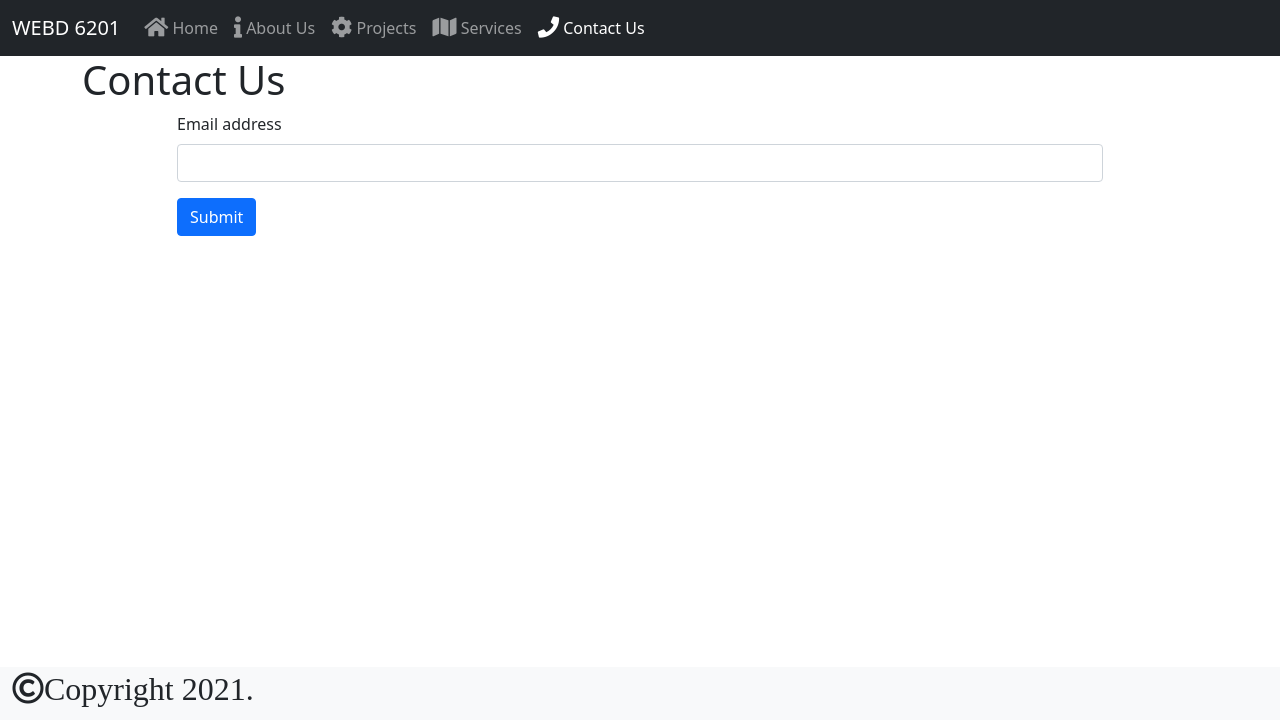
Repository: vans12345678/WEBD6201-W2021-Week3
Page: contact.html
The author's editor kept a copy of each file at every save. The page is drawn from the files as they stood at one save, then again after the next save.
The browser window is 1280 px wide. The pictures show the whole page.

Above is the page before, as saved 2021-01-21 09:22:02.

### contact.html
<!DOCTYPE html>
<html lang="en">
<head>
    <meta charset="UTF-8">
    <meta name="viewport" content="width=device-width, initial-scale=1.0">
    <title>Contact Us</title>

    <!-- CSS Section -->
    <link rel="stylesheet" href="./node_modules/bootstrap/dist/css/bootstrap.min.css">
    <link rel="stylesheet" href="./node_modules/@fortawesome/fontawesome-free/css/all.min.css">
    <link rel="stylesheet" href="./Content/app.css">
</head>
<body>
  <!-- Main Header -->
    <header>
      <!-- Main Navigation -->
        <nav class="navbar navbar-expand-lg navbar-dark bg-dark">
            <div class="container-fluid">
              <a class="navbar-brand" href="index.html">WEBD 6201</a>
              <button class="navbar-toggler" type="button" data-bs-toggle="collapse" data-bs-target="#navbarSupportedContent" aria-controls="navbarSupportedContent" aria-expanded="false" aria-label="Toggle navigation">
                <span class="navbar-toggler-icon"></span>
              </button>
              <div class="collapse navbar-collapse" id="navbarSupportedContent">
                <ul class="navbar-nav me-auto mb-2 mb-lg-0">
                  <li class="nav-item">
                    <a class="nav-link " aria-current="page" href="index.html"><i class="fas fa-home fa-lg"></i> Home</a>
                  </li>

                  <li class="nav-item">
                    <a class="nav-link" aria-current="page" href="about.html"><i class="fas fa-info fa-lg"></i> About Us</a>
                  </li>

                  <li class="nav-item">
                    <a class="nav-link" aria-current="page" href="projects.html"><i class="fas fa-cog fa-lg"></i> Projects</a>
                  </li>

                  <li class="nav-item">
                    <a class="nav-link" aria-current="page" href="services.html"><i class="fas fa-map fa-lg"></i> Services</a>
                  </li>

                  <li class="nav-item">
                    <a class="nav-link active" aria-current="page" href="contact.html"><i class="fas fa-phone fa-lg"></i> Contact Us</a>
                  </li>
                </ul>
              </div>
            </div>
          </nav>
    </header>
  <!-- Main Contents -->
    <main class="container">
        <h1>Contact Us</h1>

        <div class = "row justify-content-lg-center">
          <form class = "col-col-lg-6 col-md-10 col-sm-10">
          <div class="mb-3">
            <label for="exampleInputEmail1" class="form-label">Email address</label>
            <input type="email" class="form-control" id="exampleInputEmail1" aria-describedby="emailHelp">
            <div id="emailHelp" class="form-text"></div>
          </div>
          <button type="submit" class="btn btn-primary">Submit</button>
        </form>
        </div>


    </main>
    <!-- Main Footer -->
    <footer>
        <nav class="navbar fixed-bottom navbar-light bg-light">
            <div class="container-fluid">
                <h4><i class="far fa-copyright fa-lg">Copyright 2021.</i></h4>
            </div>
          </nav>
    </footer>
    <!-- Script Section -->
    <script src="./node_modules/jquery/dist/jquery.min.js"></script>
    <script src="./node_modules/bootstrap/dist/js/bootstrap.bundle.min.js"></script>
    <script src="./Scripts/app.js"></script>
</body>
</html>

### Scripts/app.js
/* Custom JavaScript goes here */

//IIFE - Immediately Invoked Function Expression
//AKA - Anonymous Self-Executing Function
//Closure - limits scope leak

"use strict";

(function(){

    function displayHome()
    {

        let paragraphOneText = "This is a simple site to demonstrate DOM Manipulation for ICE 1";
        let paragraphOneElement = document.getElementById("paragraphOne");

        paragraphOneElement.textContent = paragraphOneText;
        //paragraphOneElement.style = "color: blue; font-weight: bold;";
        paragraphOneElement.className = "fs-5 fw-bold text-center";

        //Step 1. document.createElement
        let newParagraph = document.createElement("p");
        //Step 2. Configure the element
        newParagraph.setAttribute("id", "paragraphTwo");
        newParagraph.textContent = "... And this is paragraph two";
        //Step 3. Select parent element
        let mainContent = document.getElementsByTagName("main")[0];
        //Step 4. Add / Insert the element
        mainContent.appendChild(newParagraph);

        newParagraph.className = "fs-6";

        //Another way of injecting content`
        let paragraphDiv = document.createElement('div');
        let paragraphThree =  `<p id = "paragraphThree" class = "fs-7 fw-bold">...And this is the Third paragraph</p>`;
        paragraphDiv.innerHTML = paragraphThree;
        // mainContent.innerHTML = paragraphThree;
        // console.log(paragraphOneElement);

        //insertion before node
        //newParagraph.before(paragraphDiv);

        //insertion after node
        newParagraph.after(paragraphDiv);

        //deletions
        //example of removing a single element
        //paragraphOneElement.remove();

        //example of removeChild
        //mainContent.removeChild(paragraphOneElement);

        //update / modification
        //mainContent.firstElementChild.textContent = "Welcome home";

        mainContent.innerHTML =
        `<h1 id = "firstHeading">Welcome to WEBD6201 - Lab 1</h1>
        <p id = "paragraphOne" class = "fs-3 fw-bold">This is my first paragraph</p>
        `;

    }
    function displayAbout()
    {

    }
    function displayProjects()
    {

    }
    function displayServices()
    {

    }
    function displayContact()
    {

    }
    function Start()
    {
        console.log("App Started...");

        switch(document.title)
        {
            case "Home":
                displayHome();
                break;
            case "About":
                displayAbout();
                break;
            case "Projects":
                displayProjects();
                break;
            case "Services":
                displayServices();
                break;
            case "Contact":
                displayContact();
                break;
        }


    }

    window.addEventListener("load", Start);

})();

Loaded but not shown: node_modules/bootstrap/dist/css/bootstrap.min.css (library); node_modules/@fortawesome/fontawesome-free/css/all.min.css (library); Content/app.css (common file); node_modules/jquery/dist/jquery.min.js (library); node_modules/bootstrap/dist/js/bootstrap.bundle.min.js (library)

After the next save:
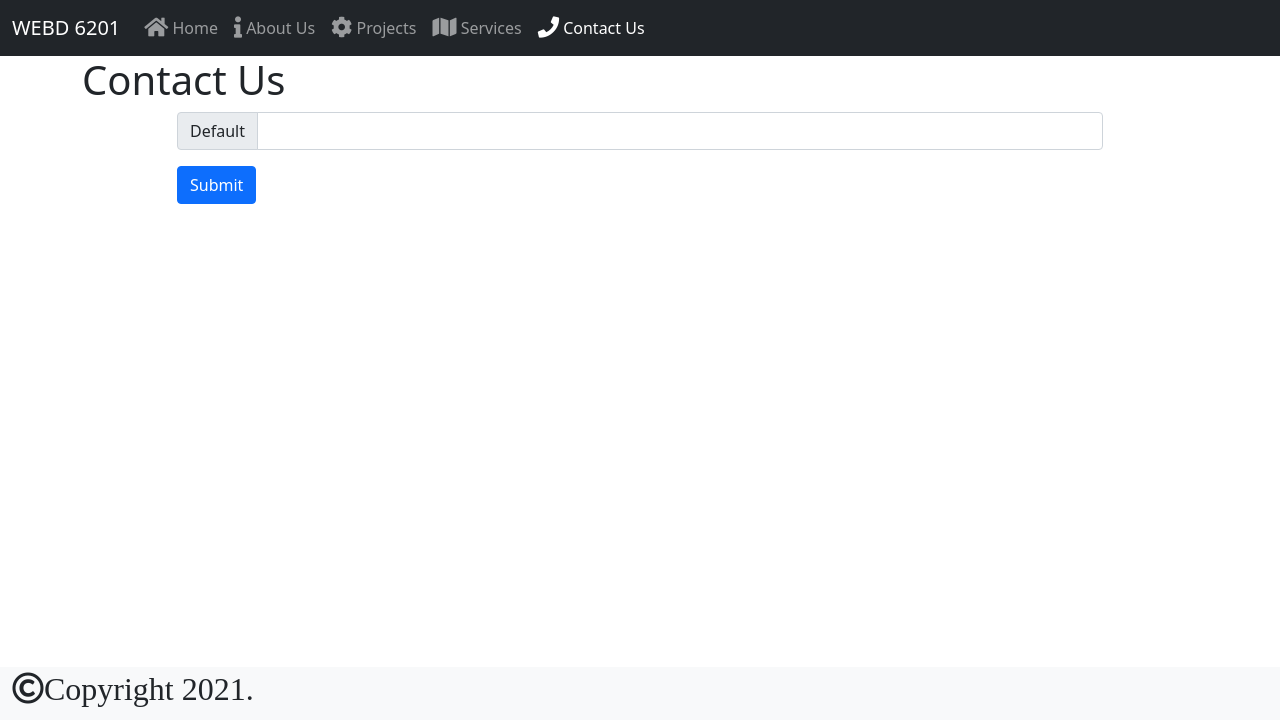
Saved 3 min 56 s later.
--- a/contact.html
+++ b/contact.html
@@ -52,11 +52,10 @@
 
         <div class = "row justify-content-lg-center">
           <form class = "col-col-lg-6 col-md-10 col-sm-10">
-          <div class="mb-3">
-            <label for="exampleInputEmail1" class="form-label">Email address</label>
-            <input type="email" class="form-control" id="exampleInputEmail1" aria-describedby="emailHelp">
-            <div id="emailHelp" class="form-text"></div>
-          </div>
+            <div class="input-group mb-3">
+              <span class="input-group-text" id="inputGroup-sizing-default">Default</span>
+              <input type="text" class="form-control" aria-label="Sizing example input" aria-describedby="inputGroup-sizing-default">
+            </div>
           <button type="submit" class="btn btn-primary">Submit</button>
         </form>
         </div>
